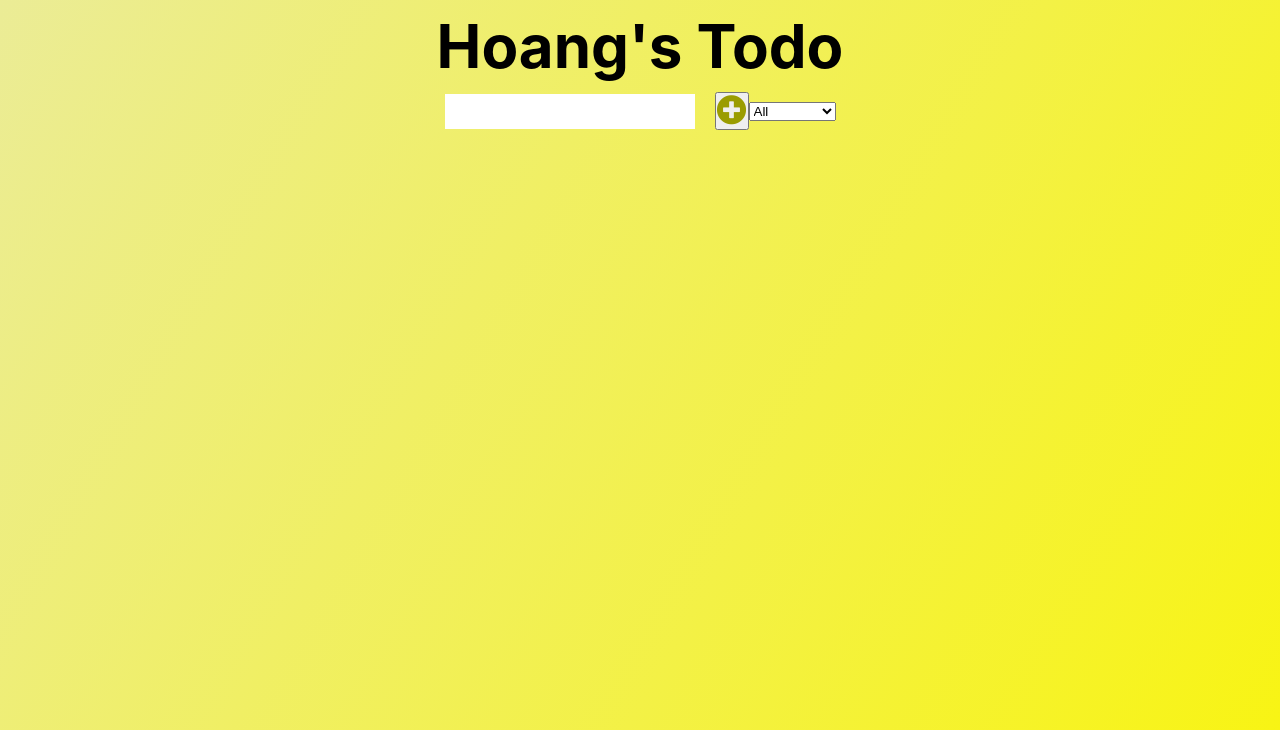
Repository: DinhHoang0607/TodoReact
Page: /
The author's editor kept a copy of each file at every save. The page is drawn from the files as they stood at one save, then again after a run of saves.
The browser window is 1280 px wide. The pictures show the whole page.
Some web libraries are served in a nearby version. The project was rebuilt for these pictures with package versions that can differ from the ones it lists, and the page was loaded fresh each time.

Above is the page before, as saved 2021-09-09 20:33:08.

### public/index.html
<!DOCTYPE html>
<html lang="en">
  <head>
    <meta charset="utf-8" />
    <link rel="icon" href="%PUBLIC_URL%/favicon.ico" />
    <meta name="viewport" content="width=device-width, initial-scale=1" />
    <meta name="theme-color" content="#000000" />
    <meta
      name="description"
      content="Web site created using create-react-app"
    />
    <link rel="apple-touch-icon" href="%PUBLIC_URL%/logo192.png" />
    <!--
      manifest.json provides metadata used when your web app is installed on a
      user's mobile device or desktop. See https://developers.google.com/web/fundamentals/web-app-manifest/
    -->
    <link rel="stylesheet" href="https://pro.fontawesome.com/releases/v5.10.0/css/all.css" integrity="sha384-AYmEC3Yw5cVb3ZcuHtOA93w35dYTsvhLPVnYs9eStHfGJvOvKxVfELGroGkvsg+p" crossorigin="anonymous"/>
    <link rel="manifest" href="%PUBLIC_URL%/manifest.json" />
    <!--
      Notice the use of %PUBLIC_URL% in the tags above.
      It will be replaced with the URL of the `public` folder during the build.
      Only files inside the `public` folder can be referenced from the HTML.

      Unlike "/favicon.ico" or "favicon.ico", "%PUBLIC_URL%/favicon.ico" will
      work correctly both with client-side routing and a non-root public URL.
      Learn how to configure a non-root public URL by running `npm run build`.
    -->
    <title>React App</title>
  </head>
  <body>
    <noscript>You need to enable JavaScript to run this app.</noscript>
    <div id="root"></div>
    <!--
      This HTML file is a template.
      If you open it directly in the browser, you will see an empty page.

      You can add webfonts, meta tags, or analytics to this file.
      The build step will place the bundled scripts into the <body> tag.

      To begin the development, run `npm start` or `yarn start`.
      To create a production bundle, use `npm run build` or `yarn build`.
    -->
  </body>
</html>

### src/App.js
import "./App.css";
import React from "react";
import Form from "./components/Form";

function App() {
  return (
    <div className="App">
      <header>
        <h1>Hoang's Todo</h1>
      </header>
      <Form />
    </div>
  );
}

export default App;

### src/App.css
*,
*::before,
*::after {
  box-sizing: border-box;
  padding: 0;
  margin: 0;
}
html {
  font-size: 62.5%;
}
body {
  width: 100%;
  height: 100vh;
  background-image: linear-gradient(120deg, #ebec96 0%, #f8f414 100%);
}
header {
  font-size: 3rem;
  margin: 1rem auto;
}
header,
form {
  display: flex;
  justify-content: center;
  align-items: center;
}
.form__input {
  width: 25rem;
  height: 3.5rem;
  border: none;
  background: white;
}
.form__btn {
  color: #9a9c01;
  margin-left: 2rem;
  /* width: 3.5rem;
  height: 3.5rem; */
  /* border-radius: 50%; */
  font-size: 3rem;
}

### src/components/Form.js
import React from "react";
const Form = () => {
  return (
    <form className="form">
      <input type="text" className="form__input" />
      <button className="form__btn" type="submit">
        <i class="fas fa-plus-circle"></i>
      </button>
      <div className="form__select">
        <select name="items" className="select__item">
          <option value="all" selected="selected">
            All
          </option>
          <option value="completed">Completed</option>
          <option value="inProcess">InProcess</option>
        </select>
      </div>
    </form>
  );
};

export default Form;

Loaded but not shown: src/index.js (common file); src/index.css (common file); src/reportWebVitals.js (common file)

After the next 3 saves:
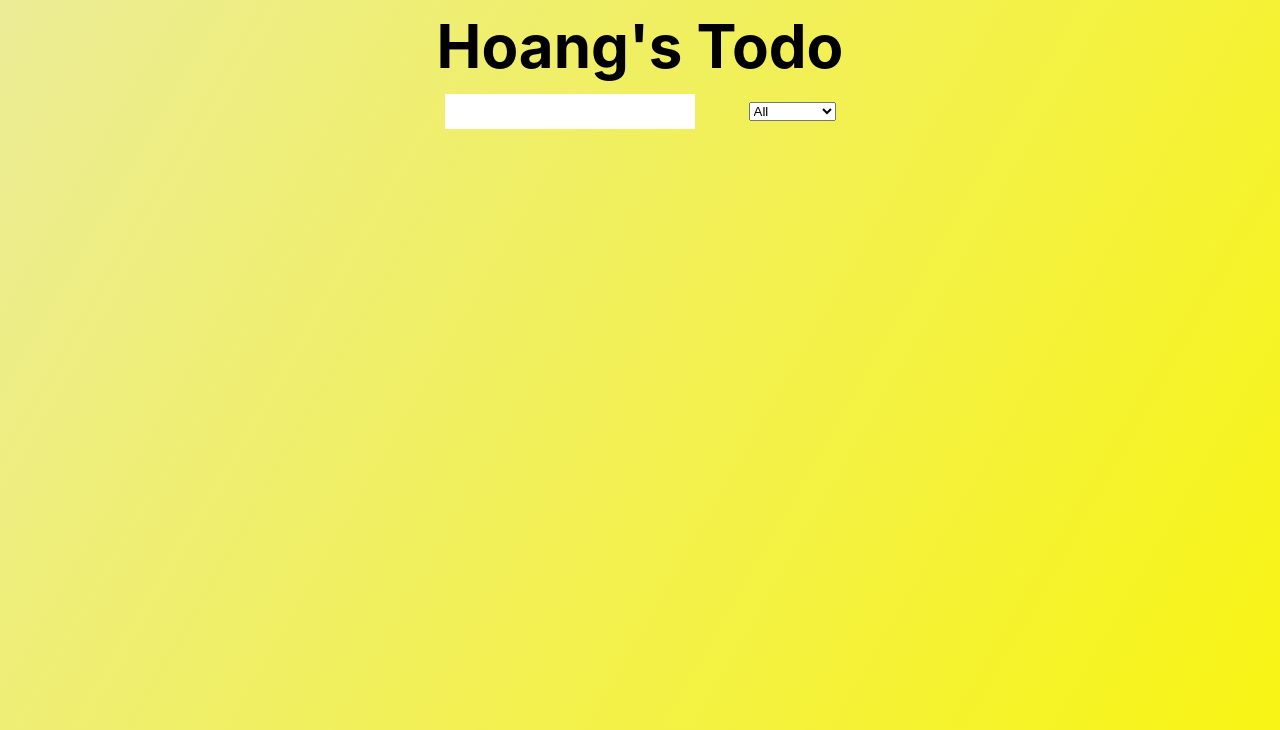
The 3 saves are shown as one change because they came seconds apart.
The last was saved 22 s later.
--- a/src/App.css
+++ b/src/App.css
@@ -35,5 +35,5 @@
   /* width: 3.5rem;
   height: 3.5rem; */
   /* border-radius: 50%; */
-  font-size: 3rem;
+  font-size: 3rem;opacity: 0;
 }

After the save that followed:
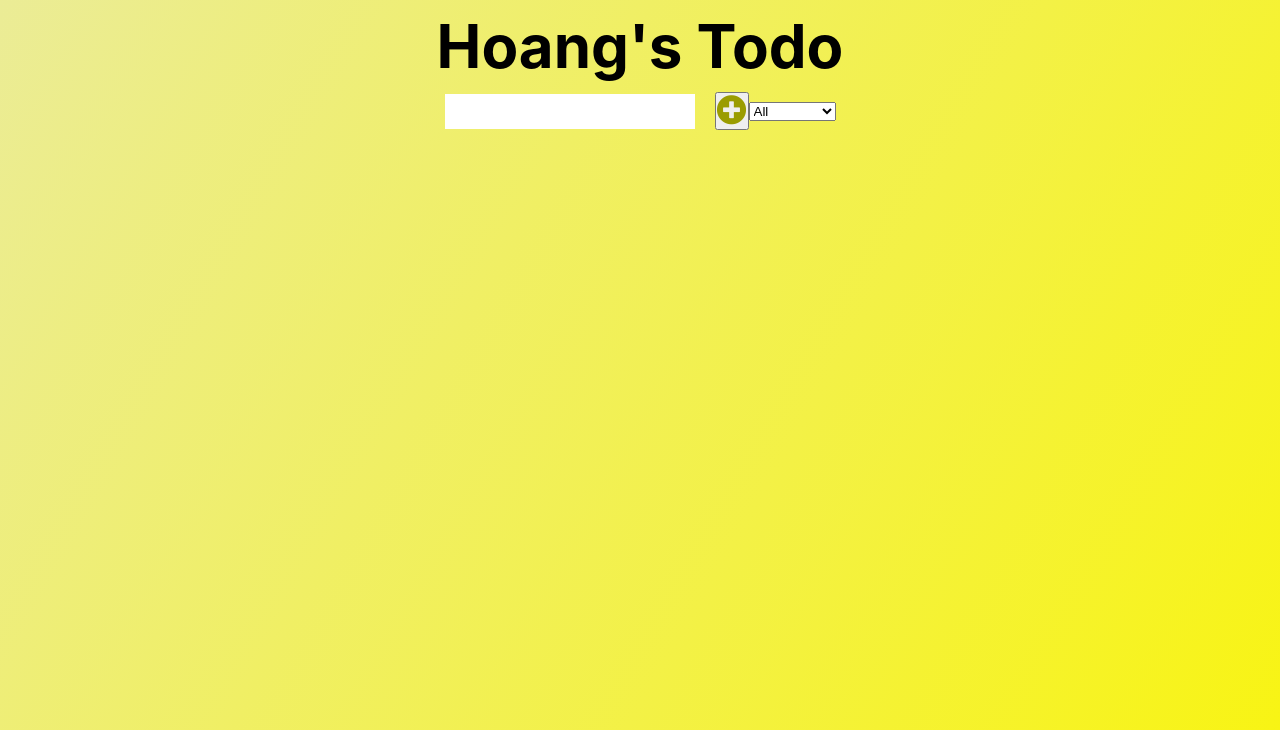
Saved 9 s later.
--- a/src/App.css
+++ b/src/App.css
@@ -35,5 +35,5 @@
   /* width: 3.5rem;
   height: 3.5rem; */
   /* border-radius: 50%; */
-  font-size: 3rem;opacity: 0;
+  font-size: 3rem;
 }
